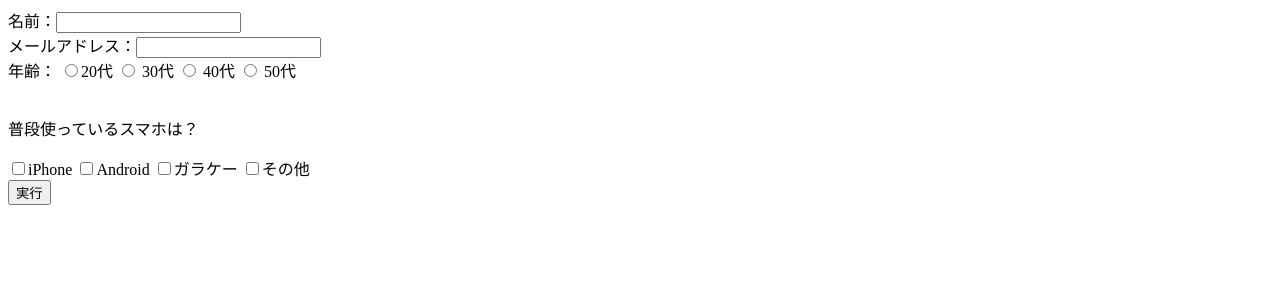
Repository: kazyakuma/Samurai_JS
Page: javascript/practice9.html
The author's editor kept a record of every edit. The page is drawn from the files as they stood at one moment, then again after the next edit.
The browser window is 1280 px wide. The pictures show the whole page.

Above is the page before.

### javascript/practice9.html
<!DOCTYPE html>
<html lang="ja">
<head>
    <meta charset="UTF-8">

    <title>サンプルデモ</title>
</head>
<body>
    <form name = "data">
        <label>名前：<input type = "text" name = "name"></label>
        <br>
        <label>メールアドレス：<input type = "text" name = "mail"></label>
        <br>
        <label>年齢：</label>
        <input type = "radio" name = "age" value = "20">20代
        <input type = "radio" name = "age" value = "30"> 30代
        <input type = "radio" name = "age" value = "40"> 40代
        <input type = "radio" name = "age" value = "50"> 50代
        <br><br>
        <p>普段使っているスマホは？</p>
        <input type = "checkbox" name = "os" value = "iPhone">iPhone
        <input type = "checkbox" name = "os" value = "Android">Android
        <input type = "checkbox" name = "os" value = "galapagos">ガラケー
        <input type = "checkbox" name = "os" value = "others">その他<br>
        <button id = "btn">実行</btn>

    </form>

    <script>
        const name = document.forms.data.name.value;
        const address = document.forms.data.mail.value;
        const age = document.forms.data.age.value;
        const category = document.forms.data;
        const btn = document.getElementById('btn');
        btn.addEventListener('click', ()=> {
            console.log(name);
            console.log(address);
            console.log(age);
            category.os.forEach(item => {
                if(item.checked)  console.log(item.value);
            })
        })

    </script>
</body>
</html>

After the next edit:
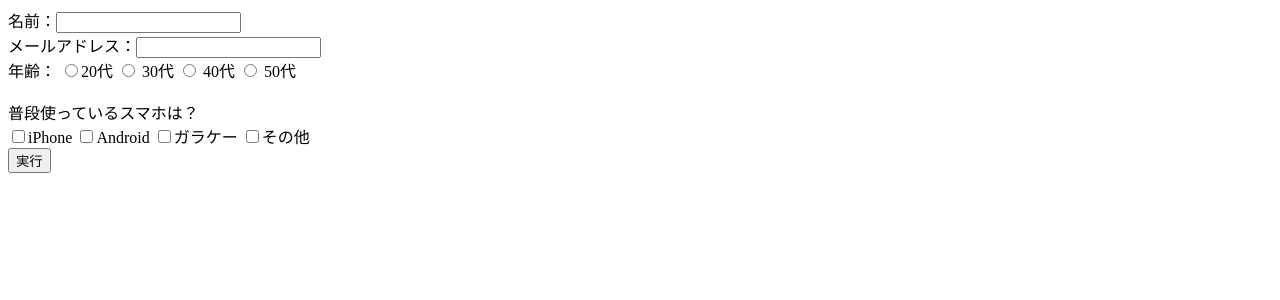
The edit:
--- a/javascript/practice9.html
+++ b/javascript/practice9.html
@@ -17,7 +17,7 @@
         <input type = "radio" name = "age" value = "40"> 40代
         <input type = "radio" name = "age" value = "50"> 50代
         <br><br>
-        <p>普段使っているスマホは？</p>
+        <label>普段使っているスマホは？</label><br>
         <input type = "checkbox" name = "os" value = "iPhone">iPhone
         <input type = "checkbox" name = "os" value = "Android">Android
         <input type = "checkbox" name = "os" value = "galapagos">ガラケー
